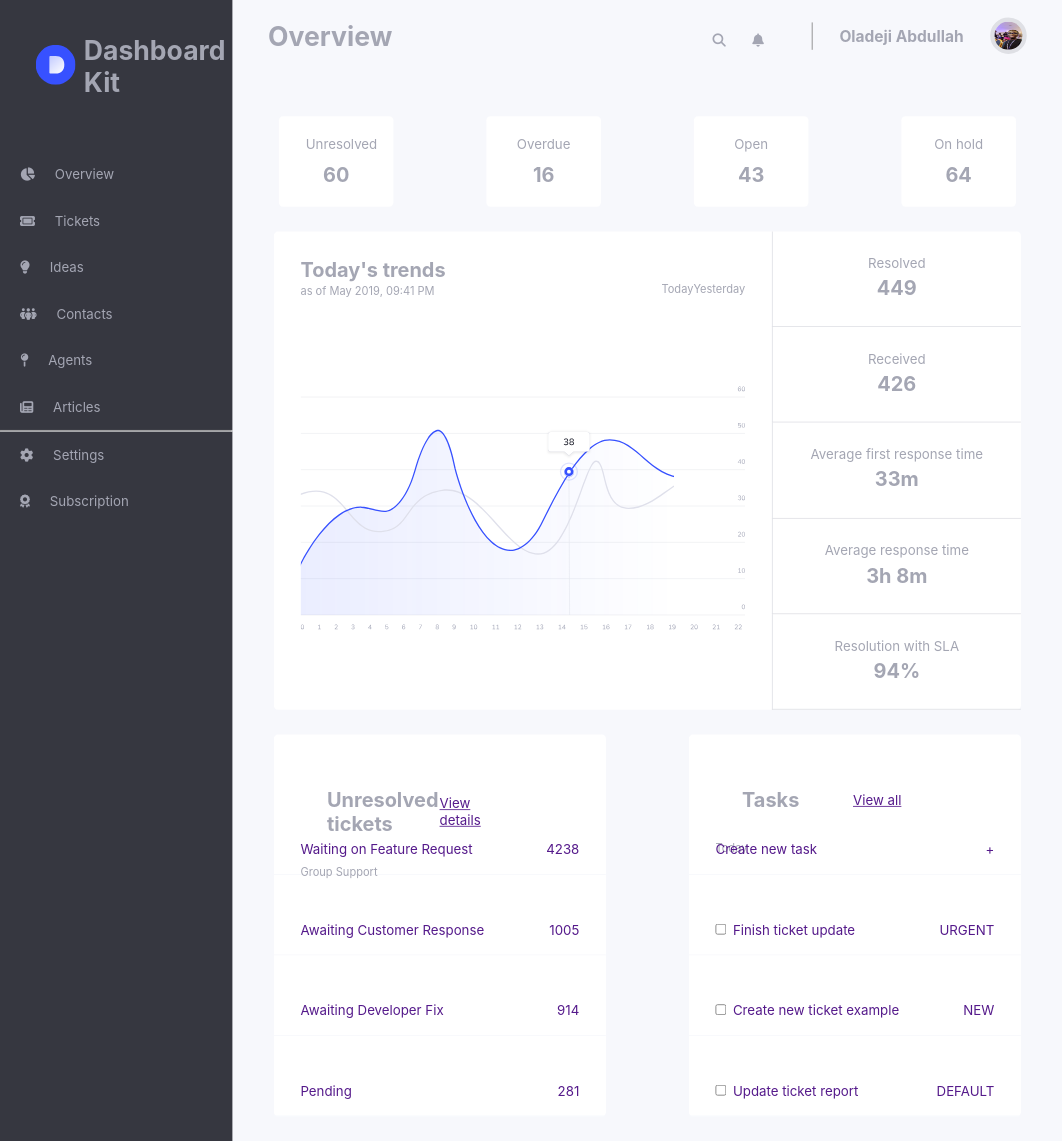
Repository: BuduCE/dashboard
Page: /
These files come from the project's save history. The page is drawn as it stood at one moment and after the next save; the edit follows.
The browser window is 1280 px wide. The pictures show the whole page, at 83% of full size.
Some web libraries are served in a nearby version. The project was rebuilt for these pictures with package versions that can differ from the ones it lists, and the page was loaded fresh each time. Also part of the build but not shown: src/pages/Tickets/index.jsx.

Above is the page before, as saved 2022-08-05 23:50:29.

### public/index.html
<!DOCTYPE html>
<html lang="en">
  <head>
    <meta charset="utf-8" />
    <link rel="icon" href="%PUBLIC_URL%/favicon.ico" />
    <meta name="viewport" content="width=device-width, initial-scale=1" />
    <meta name="theme-color" content="#000000" />
    <meta
      name="description"
      content="Web site created using create-react-app"
    />
    <link rel="apple-touch-icon" href="%PUBLIC_URL%/logo192.png" />
    <!--
      manifest.json provides metadata used when your web app is installed on a
      user's mobile device or desktop. See https://developers.google.com/web/fundamentals/web-app-manifest/
    -->
    <link rel="manifest" href="%PUBLIC_URL%/manifest.json" />
    <!--
      Notice the use of %PUBLIC_URL% in the tags above.
      It will be replaced with the URL of the `public` folder during the build.
      Only files inside the `public` folder can be referenced from the HTML.

      Unlike "/favicon.ico" or "favicon.ico", "%PUBLIC_URL%/favicon.ico" will
      work correctly both with client-side routing and a non-root public URL.
      Learn how to configure a non-root public URL by running `npm run build`.
    -->

    <!-- Font-Awesome  -->
    <link
      rel="stylesheet" href="https://cdnjs.cloudflare.com/ajax/libs/font-awesome/6.1.1/css/all.min.css" integrity="sha512-KfkfwYDsLkIlwQp6LFnl8zNdLGxu9YAA1QvwINks4PhcElQSvqcyVLLD9aMhXd13uQjoXtEKNosOWaZqXgel0g==" crossorigin="anonymous" referrerpolicy="no-referrer"
    />
    <title>Admin Dashboard</title>
  </head>
  <body>
    <noscript>You need to enable JavaScript to run this app.</noscript>
    <div id="root"></div>
    <!--
      This HTML file is a template.
      If you open it directly in the browser, you will see an empty page.

      You can add webfonts, meta tags, or analytics to this file.
      The build step will place the bundled scripts into the <body> tag.

      To begin the development, run `npm start` or `yarn start`.
      To create a production bundle, use `npm run build` or `yarn build`.
    -->
  </body>
</html>

### src/index.css
* {
  margin: 0;
  padding: 0;
  box-sizing: border-box;
}
body {
  margin: 0;
  font-family: -apple-system, BlinkMacSystemFont, 'Segoe UI', 'Roboto', 'Oxygen',
    'Ubuntu', 'Cantarell', 'Fira Sans', 'Droid Sans', 'Helvetica Neue',
    sans-serif;
  -webkit-font-smoothing: antialiased;
  -moz-osx-font-smoothing: grayscale;
  background: rgba(54, 55, 64, 1);
}

code {
  font-family: source-code-pro, Menlo, Monaco, Consolas, 'Courier New',
    monospace;
}

### src/App.js
import './App.css';
// import Overview from './pages/Overview';
// import Header from './components/common/Header';
import Sidenav from './components/common/SideNav';
// import Login from './pages/Login';

function App() {
  return (
    <div className="App">
      <Sidenav />
      {/* <Login /> */}
    </div>
  );
}

export default App;

### src/components/common/SideNav/index.jsx
import React from 'react'
import Overview from '../../../pages/Overview'
import Tickets from '../../../pages/Tickets'
import Header from '../Header'
import Logo from '../Logo'
import './styles.css'

const Sidenav = () => {
  return (
    <div className='dashboard'>
        <div className="navbar">
            <div className="logo">
                <Logo />
                <h1>Dashboard Kit</h1>
            </div>
            <div className="heading">
                <i className='fas fa-chart-pie'></i>
                <p>Overview</p>
            </div>
            <div className="heading">
                <i className='fas fa-ticket'></i>
                <p>Tickets</p>
            </div>
            <div className="heading">
                <i className='fas fa-lightbulb'></i>
                <p>Ideas</p>
            </div>
            <div className="heading">
                <i className='fas fa-people-group'></i>
                <p>Contacts</p>
            </div>
            <div className="heading">
                <i className='fas fa-map-pin'></i>
                <p>Agents</p>
            </div>
            <div className="heading">
                <i className='fas fa-newspaper'></i>
                <p>Articles</p>
            </div>
            <hr />
            <div className="heading">
                <i className='fas fa-gear'></i>
                <p>Settings</p>
            </div>
            <div className="heading">
                <i className='fas fa-award'></i>
                <p>Subscription</p>
            </div>

        </div>
        <div className="info">
            {/* <Header /> */}
            <Overview />
            {/* <Tickets /> */}
        </div>
    </div>
  )
}

export default Sidenav

### src/pages/Overview/index.jsx
import React from 'react'
import './styles.css'
import TrendMap from './graph.svg'
import Header from '../../components/common/Header'

const Overview = () => {
  return (
    <>
        <Header />
        <div className='overview_pg'>
            {/* Specific status */}
            <div className="overview_stat">
                <div className="overview_info">
                    <p>Unresolved</p>
                    <h2>60</h2>
                </div>
                <div className="overview_info">
                    <p>Overdue</p>
                    <h2>16</h2>
                </div>
                <div className="overview_info">
                    <p>Open</p>
                    <h2>43</h2>
                </div>
                <div className="overview_info">
                    <p>On hold</p>
                    <h2>64</h2>
                </div>
            </div>

            {/* Today's trend */}
            <div className="trends">
                <div className="trends_head">
                    <div className="trends_headT">
                        <div className="trend_title">
                            <h2>Today's trends</h2>
                        </div>
                        <div className="trend_title_stat">
                            <div className="trend_date">
                                <small>as of May 2019, 09:41 PM</small>
                            </div>
                            <div className="trend_day">
                                <small>Today</small>
                                <small>Yesterday</small>
                            </div>
                        </div>
                    </div>

                    <div className="trends_headB">
                        <img src={TrendMap} alt="Trend Chart" />
                    </div>
                </div>

                <div className="trends_summary">
                    <div className="summary_type">
                        <p>Resolved</p>
                        <h2>449</h2>
                    </div>
                    <div className="summary_type">
                        <p>Received</p>
                        <h2>426</h2>
                    </div>
                    <div className="summary_type">
                        <p>Average first response time</p>
                        <h2>33m</h2>
                    </div>
                    <div className="summary_type">
                        <p>Average response time</p>
                        <h2>3h 8m</h2>
                    </div>
                    <div className="summary_type">
                        <p>Resolution with SLA</p>
                        <h2>94%</h2>
                    </div>
                </div>
            </div>

            <div className="ticket_n_task">
                <div className="ticket">
                    <div className="ticket_head">
                        <div className="ticket_title">
                            <h2>Unresolved tickets</h2>
                            <a href="">View details</a>
                        </div>
                        <small>Group Support</small>
                    </div>
                    <div className="ticket_list">
                        <a href="">
                            <p>Waiting on Feature Request</p>
                            <p>4238</p>
                        </a>
                        <a href="">
                            <p>Awaiting Customer Response</p>
                            <p>1005</p>
                        </a>
                        <a href="">
                            <p>Awaiting Developer Fix</p>
                            <p>914</p>
                        </a>
                        <a href="">
                            <p>Pending</p>
                            <p>281</p>
                        </a>
                    </div>
                </div>

                <div className="task">
                    <div className="ticket_head">
                        <div className="ticket_title">
                            <h2>Tasks</h2>
                            <a href="">View all</a>
                        </div>
                        <small>Today</small>
                    </div>

                    <div className="ticket_list">
                        <a href="">
                            <p>Create new task</p>
                            <p>+</p>
                        </a>
                        <a href="">
                            <div className='task_todo'>
                                <input type="checkbox" name="" id="" />
                                <label htmlFor="">Finish ticket update</label>
                            </div>

                            <p>URGENT</p>
                        </a>
                        <a href="">
                            <div className='task_todo'>
                                <input type="checkbox" name="" id="" />
                                <label htmlFor="">Create new ticket example</label>
                            </div>

                            <p>NEW</p>
                        </a>
                        <a href="">
                            <div className='task_todo'>
                                <input type="checkbox" name="" id="check" />
                                <label htmlFor="">Update ticket report</label>
                            </div>

                            <p>DEFAULT</p>
                        </a>
                    </div>
                </div>
            </div>
        </div>
    </>
  )
}

export default Overview

### src/components/common/Header/index.jsx
import React from 'react'
import './styles.css'
import budu from './budu.jpg'

const Header = () => {
  return (
    <div className='head_er'>
        <div className="headerL">
            <h1>Overview</h1>
        </div>
        <div className="headerR">
            <i className='fas fa-magnifying-glass icon'></i>
            <i className='fas fa-bell icon bell'></i>
            <h3>Oladeji Abdullah</h3>
            <img src={budu} alt="" />
        </div>
    </div>
  )
}

export default Header

### src/components/common/Logo/index.jsx
import React from 'react'
import companyLogo from './logo.svg'

const Logo = () => {
  return (
    <div>
        <img src={companyLogo} alt="" />
    </div>
  )
}

export default Logo

### src/components/common/SideNav/styles.css
.dashboard{
    display: grid;
    grid-template-columns: 1fr 5fr;
    color: #A4A6B3;
}
.navbar{
    padding: 41px 0;
}
.logo{
    display: flex;
    padding: 43px 43px;
    padding-bottom: 63px;
    padding-top: 0;
    align-items: center;
}
.logo h1{
    margin-left: 10px;
    width: 8.5rem;
}
.heading{
    width: 100%;
    display: flex;
    padding: 18px 24px;
    align-items: center;
}
.heading p{
    margin-left: 24px;
}
.heading:hover{
    border-left: 1px solid #fff;
    color: #fff;
}
.info{
    background: #F7F8FC;
    /* height: 100vh; */
}

### src/pages/Overview/styles.css
.overview_pg{
    margin-top: 54px;
}
.overview_stat{
    display: grid;
    grid-template-columns: 1fr 1fr 1fr 1fr;
    /* justify-content: space-evenly; */
    width: 100%;
}
.overview_info{
    display: flex;
    flex-direction: column;
    text-align: center;
    /* border: 1px solid; */
    border-radius: 5px;
    padding: 24px 32px;
    background: #fff;
    box-shadow: 15px;
    width: 55%;
    margin: auto;
}
.overview_info:hover{
    color: blue;
    border: 1px blue solid;
}
.overview_info p{
    padding-bottom: 12px;
}

/* trend  */
.trends{
    width: 90%;
    background: #fff;
    margin: auto;
    border-radius: 5px;
    height: 80vh;
    margin-top: 30px;
    display: grid;
    grid-template-columns: 2fr 1fr;
    margin-top: 30px;
}
.trends_head{
    padding: 32px;
}
.trend_title_stat{
    display: flex;
    justify-content: space-between;
}
.trend_day{
    display: flex;
    justify-content: space-evenly;
}
.trends_headB img{
    width: 100%;
    margin-top: 54px;
    height: 55vh;
}

/* summary  */
.trends_summary{
    display: grid;
    grid-template-rows: 1fr 1fr 1fr 1fr 1fr;
}
.summary_type{
    padding: 28px;
    border-left: 1px solid #dfe0e5;
    border-bottom: 1px solid #dfe0e5;
    text-align: center;
}
.summary_type p{
    margin-bottom: 6px;
}

/* Tickets */
.ticket_n_task{
    display: grid;
    grid-template-columns: 1fr 1fr;
    width: 90%;
    margin: auto;
    margin-top: 30px;
    margin-bottom: 30px;
}
.ticket{
    margin-right: 50px;
}
.task{
    margin-left: 50px;
}
.ticket,.task{
    border-radius: 5px;
    background: #fff;
}
.ticket_head{
    padding: 32px;
    margin-bottom: 8px;
    width: 80%;
    height: 10vh;
}
.ticket_title{
    display: flex;
    justify-content: space-between;
    align-items: center;
}
.ticket_list a{
    text-decoration: none;
    display: flex;
    justify-content: space-between;
    align-items: center;
    padding: 20px 32px;
    border-bottom: 1px solid #F7F8FC;
    margin-top: 36px;
    align-items: center;
}
.task_todo{
    align-items: center;
}
.task_todo label{
    margin-left: 8px;
}

### src/pages/Tickets/styles.css
.ticket_pg{
    background: #fff;
    border-radius: 5px;
    height: 96vh;
    width: 95%;
    margin: auto;
    margin-top: 54px;
}
.ticket_title{
    display: flex;
    justify-content: space-between;
    padding: 32px;
}
.titleR, .titleR_icon{
    display: flex;
    justify-content: space-between;
    align-items: center;
    margin-left: 32px;
}
.titleR_icon p{
    margin-left: 8px;
}
/* .tab_head{
    display: grid;
    grid-template-columns: 3fr 2fr 2fr 1fr;
    margin: auto;
    padding: 0 77px 12px 31px;
    border-bottom: 1px solid #dfe0e5;
} */
.tab_info{
    display: grid;
    grid-template-columns: 3fr 2fr 2fr 1fr;
    margin: auto;
    padding: 24px 31px;
    border-bottom: 1px solid #dfe0e5;
}
.tab_info:hover{
    background: #F7F8FC;
}
.info_title{
    display: grid;
    grid-template-columns: 1fr 7fr;
}
.info_title img{
    width: 44px;
    height: 44px;
    border: 5px solid #dfe0e5;
    border-radius: 50%;
}
.ticket_tab{
    margin: auto;
}
.info_status{
    display: flex;
    /* grid-template-columns: 1fr 1fr; */
    justify-content: space-between;
    align-items: center;
}
.info_status button{
    padding: 5px 20px;
    border-radius: 40%;
    background: red;
    color: #fff;
    border: none;
}

### src/components/common/Header/styles.css
.head_er{
    display: flex;
    justify-content: space-between;
    width: 100%;
    height: 10vh;
    padding: 43px 43px;
    align-items: center;
}
.headerR{
    display: flex;
    justify-content: space-between;
    align-items: center;
}
.icon{
    width: 16px;
    height: 16px;
    padding: 5px 24px;
}
.bell{
    padding-right: 72px;
}
.headerR h3{
    padding: 5px 32px;
    border-left: 1px solid grey;
}
.headerR img{
    width: 44px;
    height: 44px;
    border-radius: 50%;
    border: 5px solid #dfe0e5;
}

Loaded but not shown: src/index.js (common file); src/reportWebVitals.js (common file); src/App.css (common file)

After the next save:
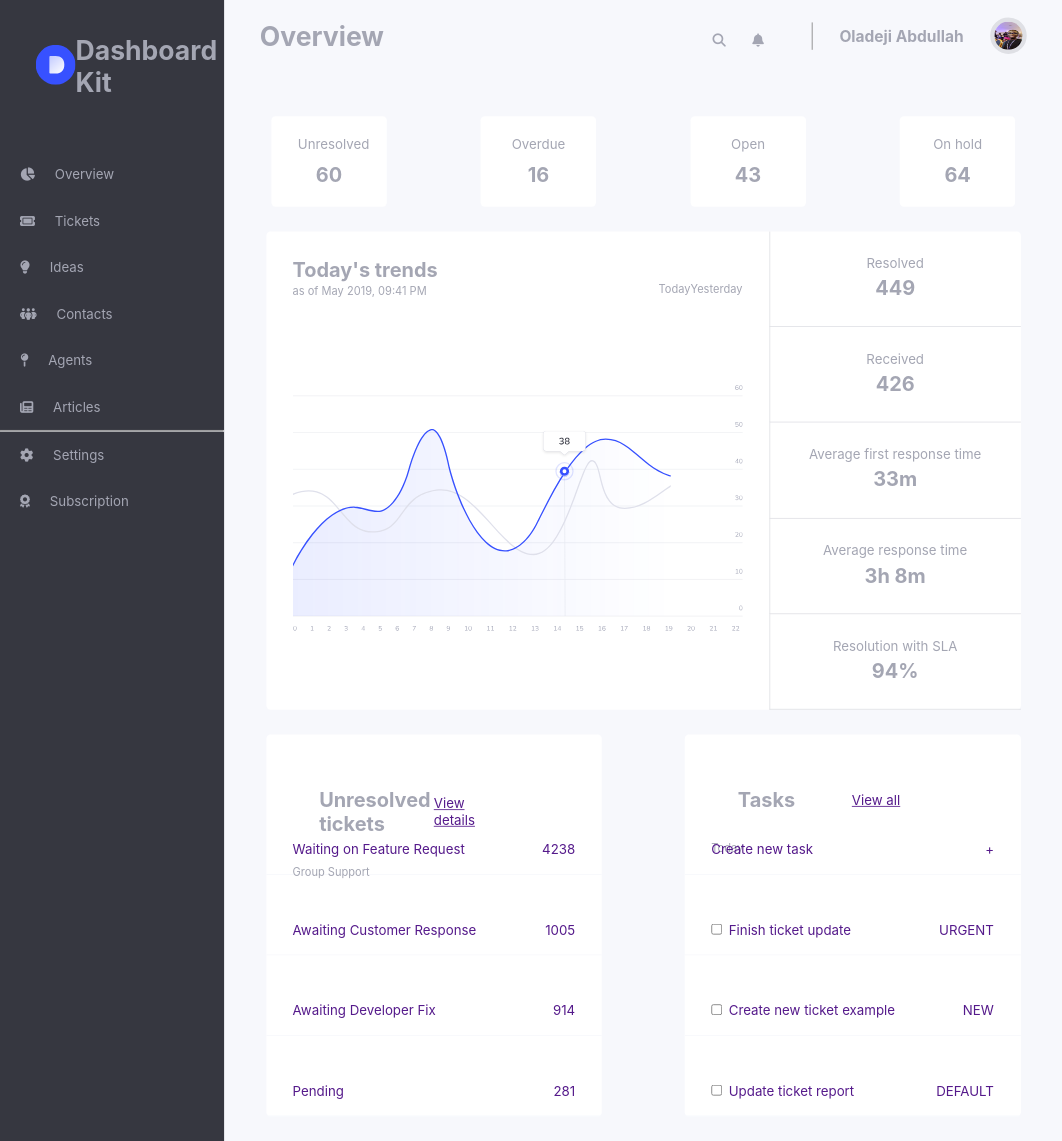
Saved 5 s later.
--- a/src/components/common/SideNav/styles.css
+++ b/src/components/common/SideNav/styles.css
@@ -14,7 +14,7 @@
     align-items: center;
 }
 .logo h1{
-    margin-left: 10px;
+    /* margin-left: 10px; */
     width: 8.5rem;
 }
 .heading{

After the save that followed:
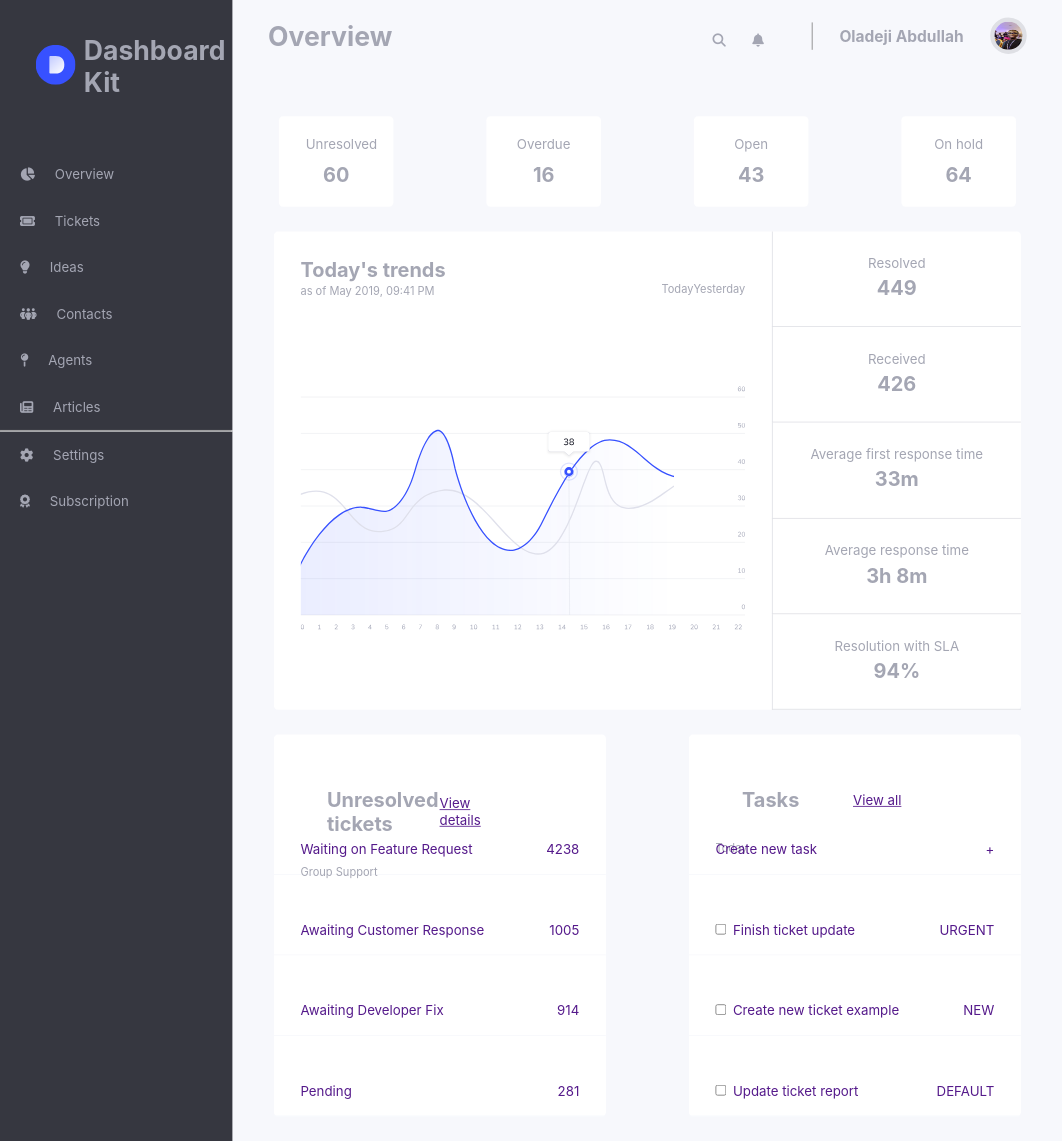
Saved 5 s later.
--- a/src/components/common/SideNav/styles.css
+++ b/src/components/common/SideNav/styles.css
@@ -14,7 +14,7 @@
     align-items: center;
 }
 .logo h1{
-    /* margin-left: 10px; */
+    margin-left: 10px;
     width: 8.5rem;
 }
 .heading{
